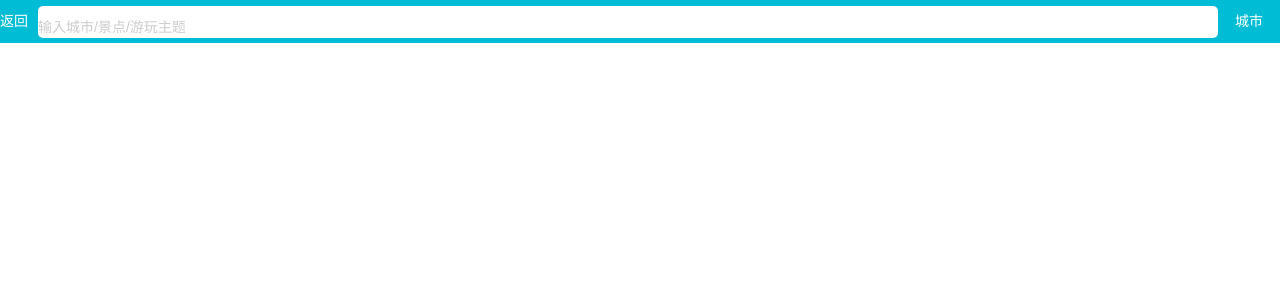
Repository: ruanjiangongcheng250/travel
Page: /
An editor plug-in stored every save of this project. The page is shown before and after the next save, followed by the edit.
The browser window is 1280 px wide. The pictures show the whole page.
The project was rebuilt for these pictures with package versions that can differ from the ones it lists, and the page was loaded fresh each time. Also part of the build but not shown: src/assets/styles/border.css.

Above is the page before, as saved 2019-06-12 10:42:33.

After the next save:
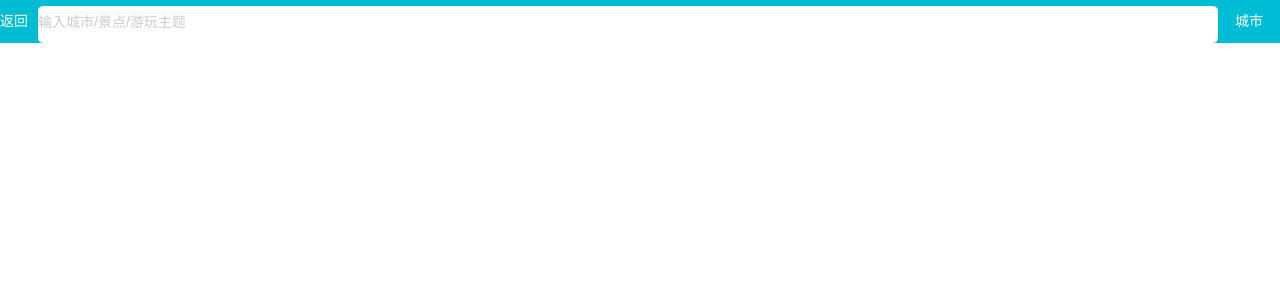
Saved 7 s later.
--- a/src/pages/home/components/HomeHeader.vue
+++ b/src/pages/home/components/HomeHeader.vue
@@ -23,7 +23,7 @@ export default {
       float: left;
     .header-input
       flex: 1;
-      height: .64rem;
+      line-height: .64rem;
       margin-left: .12rem;
       background: #fff;
       border-radius: .1rem;
